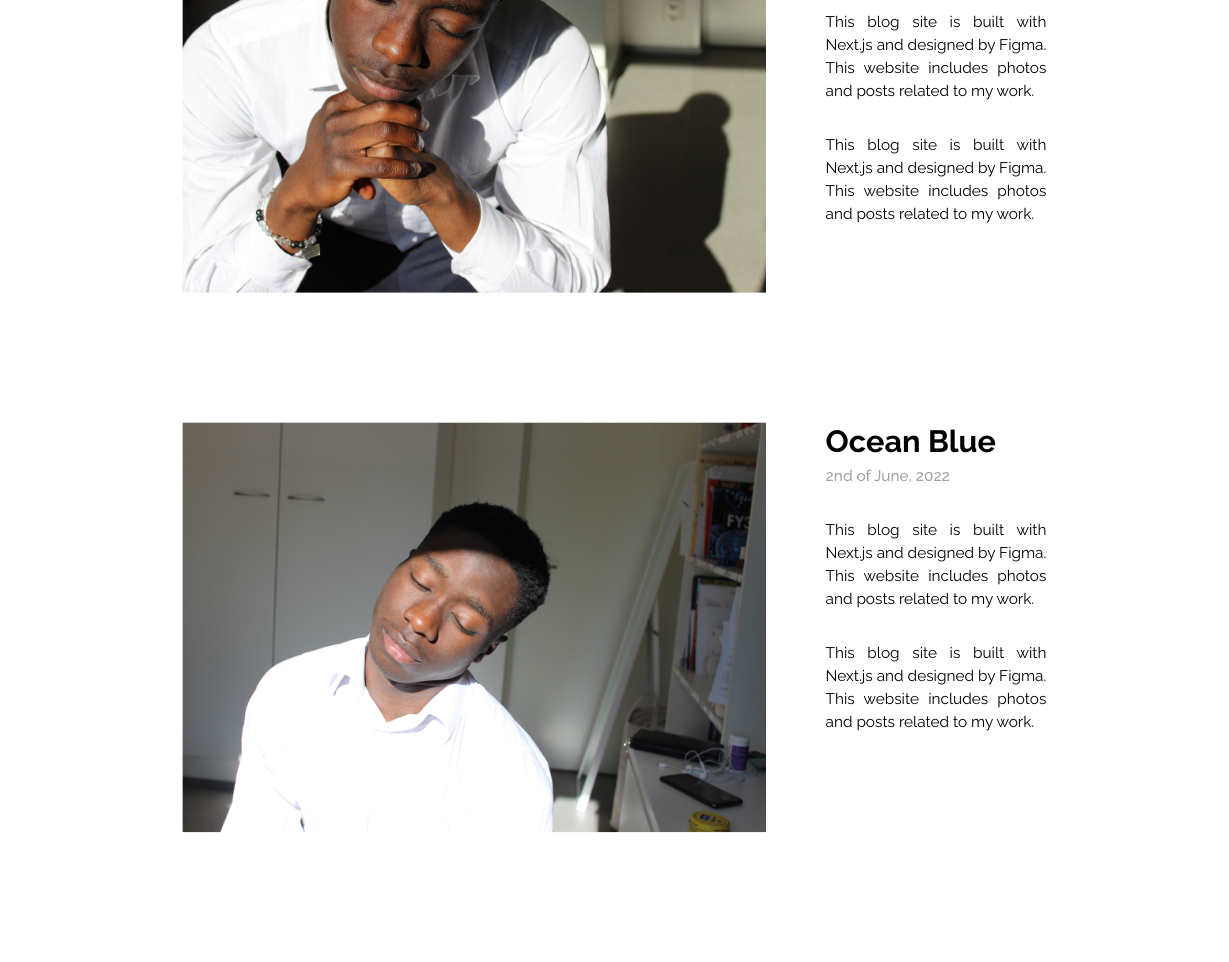
Repository: Graquick/Blog
Page: /photos
These files come from the project's save history. The page is drawn as it stood at one moment and after the next save; the edit follows.
The browser window is 1280 px wide. The pictures show the whole page, at 96% of full size.
The project was rebuilt for these pictures with package versions that can differ from the ones it lists, and the page was loaded fresh each time. The framework's server and built-in components were replaced by stand-ins that run in the browser. Also part of the build but not shown: next.config.js, components/Footer.js.

Above is the page before, as saved 2022-07-07 14:31:54.

After the next save:
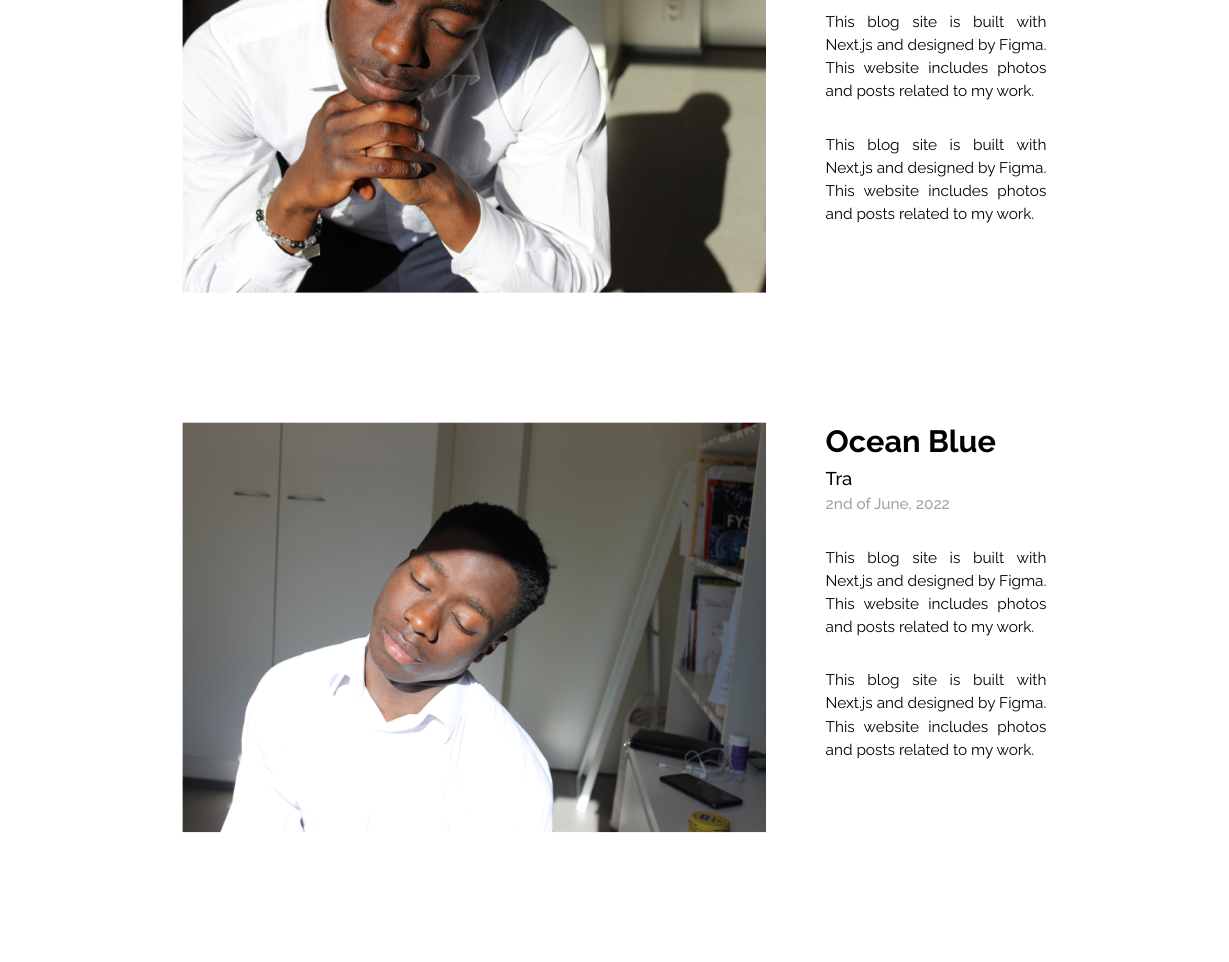
Saved 4 s later.
--- a/pages/photos.js
+++ b/pages/photos.js
@@ -20,7 +20,7 @@ const photos = [
 
 const desc = [
     { id: 1, title: 'Savannah', info: "Roadtrip to Kenya", date: "2nd of June, 2022", text: "This blog site is built with Next.js and designed by Figma. This website includes photos and posts related to my work." },
-    { id: 2, title: 'Ocean Blue', info: "", date: "2nd of June, 2022", text: "This blog site is built with Next.js and designed by Figma. This website includes photos and posts related to my work."}
+    { id: 2, title: 'Ocean Blue', info: "Tra", date: "2nd of June, 2022", text: "This blog site is built with Next.js and designed by Figma. This website includes photos and posts related to my work."}
 ]
 
 const layInfo = {
